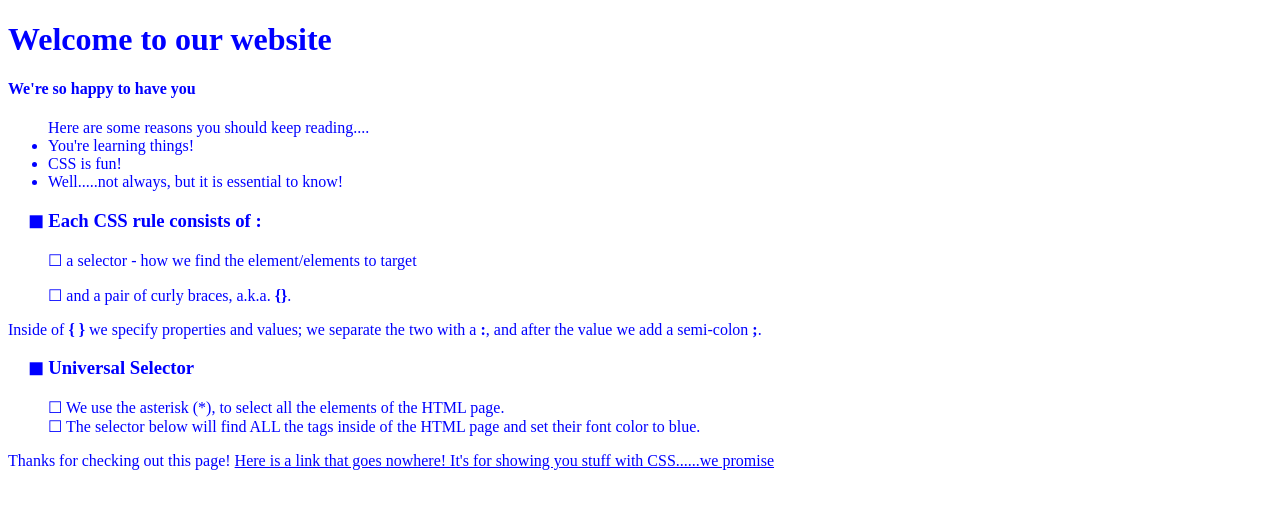
Repository: AnnaSpirit/Tests__
Page: CSS/Useful_Selectors.html
These files come from the project's save history. The page is drawn as it stood at one moment and after a run of saves; the edit follows.
The browser window is 1280 px wide. The pictures show the whole page.

Above is the page before, as saved 2024-04-01 12:22:54.

### CSS/Useful_Selectors.html
<!DOCTYPE html>
<html lang="en">
<head>
    <meta charset="UTF-8">
    <meta name="viewport" content="width=device-width, initial-scale=1.0">
    <title>Useful Selectors</title>
    <link rel="stylesheet" href="style_Selectors.css">
</head>
<body>
    <header>
        <h1>Welcome to our website</h1>
        <h4>We're so happy to have you</h4>
    </header>
    <section>
        <ul> Here are some reasons you should keep reading....
            <li>You're learning things!</li>
            <li>CSS is fun!</li>
            <li>Well.....not always, but it is essential to know!</li>
        </ul>
    </section>
    <section>
        <h3 style="padding-left: 20px;"> &#9724; Each CSS rule consists of :</h3>
            <p style="padding-left: 40px;"> &#9744; a selector - how we find the element/elements to target</p>
            <p style="padding-left: 40px;"> &#9744; and a pair of curly braces, a.k.a. <b>{}</b>.</p>
            <p>Inside of <b>{ }</b> we specify properties and values; we separate the two with a <b>:</b>, and after the value we add a semi-colon <b>;</b>.</p>
        </h3>
        <h3 style="padding-left: 20px;"> &#9724; Universal Selector</h3>
        <p style="padding-left: 40px;">&#9744; We use the asterisk (*), to select all the elements of the HTML page. <br>
        &#9744; The selector below will find ALL the tags inside of the HTML page and set their font color to blue.</p>
    </section>
    <footer>
        <p>
            Thanks for checking out this page!
            <a href="#">Here is a link that goes nowhere! It's for showing you stuff with CSS......we promise</a>
        </p>
    </footer>
</body>
</html>

### CSS/style_Selectors.css
/* Universal Selector */
* {
    color: blue;
}

After the next 3 saves:
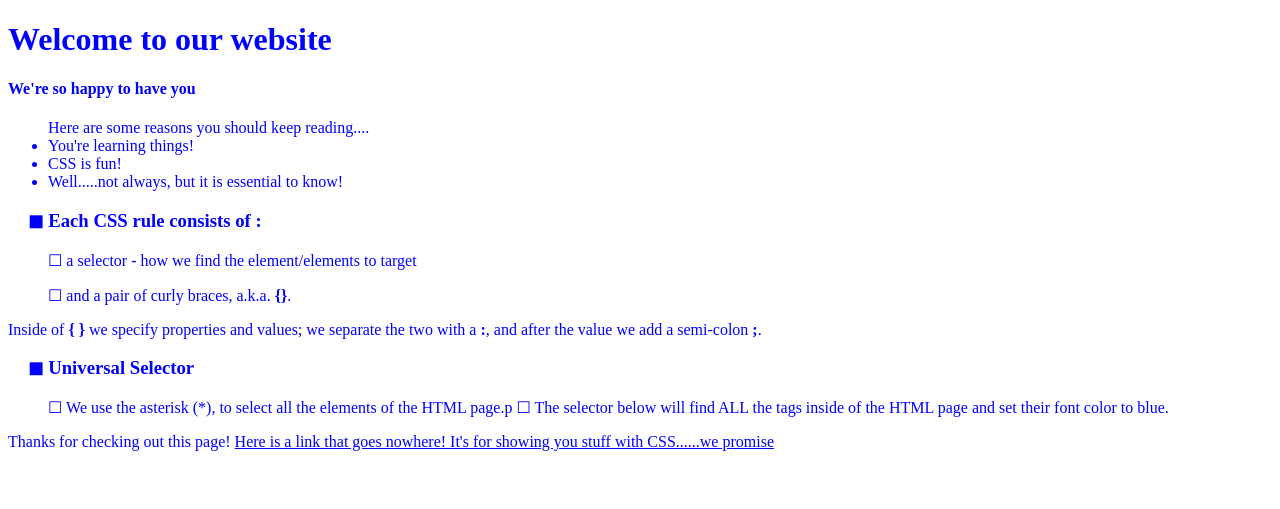
The 3 saves are shown as one change because they came seconds apart.
The last was saved 50 s later.
--- a/CSS/Useful_Selectors.html
+++ b/CSS/Useful_Selectors.html
@@ -25,7 +25,7 @@
             <p>Inside of <b>{ }</b> we specify properties and values; we separate the two with a <b>:</b>, and after the value we add a semi-colon <b>;</b>.</p>
         </h3>
         <h3 style="padding-left: 20px;"> &#9724; Universal Selector</h3>
-        <p style="padding-left: 40px;">&#9744; We use the asterisk (*), to select all the elements of the HTML page. <br>
+        <p style="padding-left: 40px;">&#9744; We use the asterisk (*), to select all the elements of the HTML page.p
         &#9744; The selector below will find ALL the tags inside of the HTML page and set their font color to blue.</p>
     </section>
     <footer>
